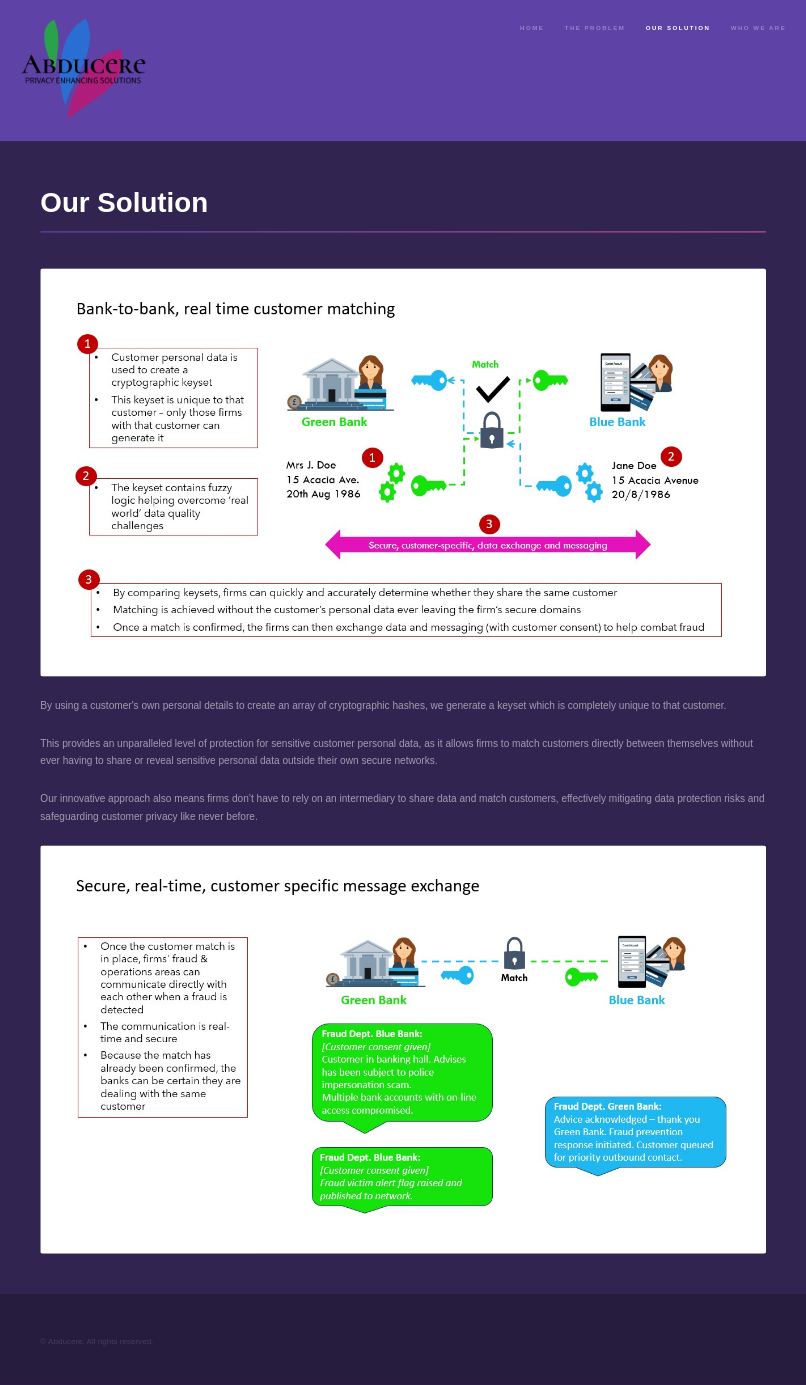
Repository: nocnoc94/nocnoc94.github.io
Page: our-solution.html
An editor plug-in stored every save of this project. The page is shown before and after the next save, followed by the edit.
The browser window is 1280 px wide. The pictures show the whole page, at 63% of full size.

Above is the page before, as saved 2024-03-21 16:22:23.

### our-solution.html
<!DOCTYPE HTML>
<html>

<head>
	<title>Abducere - Our Solution</title>
	<meta charset="utf-8" />
	<meta name="viewport" content="width=device-width, initial-scale=1, user-scalable=no" />
	<link rel="icon" href="/static/images/favicon.ico" type="image/x-icon">
	<link rel="stylesheet" href="/static/css/main.css" />
	<noscript>
		<link rel="stylesheet" href="/static/css/noscript.css" />
	</noscript>
</head>

<body class="is-preload">

	<!-- Header -->
	<header id="header">
		<!-- <a href="index.html" class="title">Abducere</a> -->
		<a id="headerLogo" class="image" href="index.html"><img src="/static/images/abducere-logo-1.png" alt=""
				data-position="left left" /></a>
		<nav>
			<ul>
				<li><a href="index.html">Home</a></li>
				<li><a href="the-problem.html">The Problem</a></li>
				<li><a href="our-solution.html" class="active">Our Solution</a></li>
				<li><a href="who-we-are.html">Who We Are</a></li>
			</ul>
		</nav>
	</header>

	<!-- Wrapper -->
	<div id="wrapper">

		<!-- Main -->
		<section id="main" class="wrapper">
			<div class="inner">
				<h1 class="major">Our Solution</h1>
				<!-- <span class="image fit"><img src="/static/images/Match.drawio.png" alt="" /></span> -->
				<span class="image fit"><img src="/static/images/how-it-works-1.jpg" alt="" /></span>
				<p>By using a customer's own personal details to create an array of cryptographic hashes, we generate a
					keyset which is completely unique to that customer.
				</p>
				<p>This provides an unparalleled level of protection for sensitive customer personal data, as it allows
					firms to match customers directly between themselves without ever having to share or reveal
					sensitive personal data outside their own secure networks.
				</p>
				<p>Our innovative approach also means firms don’t have to rely on an intermediary to share data and
					match customers, effectively mitigating data protection risks and safeguarding customer privacy like
					never before.
				</p>
				<span class="image fit"><img src="/static/images/how-it-works-2.jpg" alt="" /></span>
				<p>

				</p>
			</div>
		</section>

	</div>

	<!-- Footer -->
	<footer id="footer" class="wrapper alt">
		<div class="inner">
			<ul class="menu">
				<li>&copy; Abducere. All rights reserved.</li>
			</ul>
		</div>
	</footer>

	<!-- Scripts -->
	<script src="/static/js/jquery.min.js"></script>
	<script src="/static/js/jquery.scrollex.min.js"></script>
	<script src="/static/js/jquery.scrolly.min.js"></script>
	<script src="/static/js/browser.min.js"></script>
	<script src="/static/js/breakpoints.min.js"></script>
	<script src="/static/js/util.js"></script>
	<script src="/static/js/main.js"></script>

</body>

</html>

Loaded but not shown: static/js/jquery.min.js (library); static/js/jquery.scrollex.min.js (common file); static/js/jquery.scrolly.min.js (common file); static/js/browser.min.js (common file); static/js/breakpoints.min.js (common file); static/css/fontawesome-all.min.css (library); static/js/util.js (587 lines, source omitted); static/js/main.js (190 lines, source omitted); static/css/main.css (4012 lines, source omitted)

After the next save:
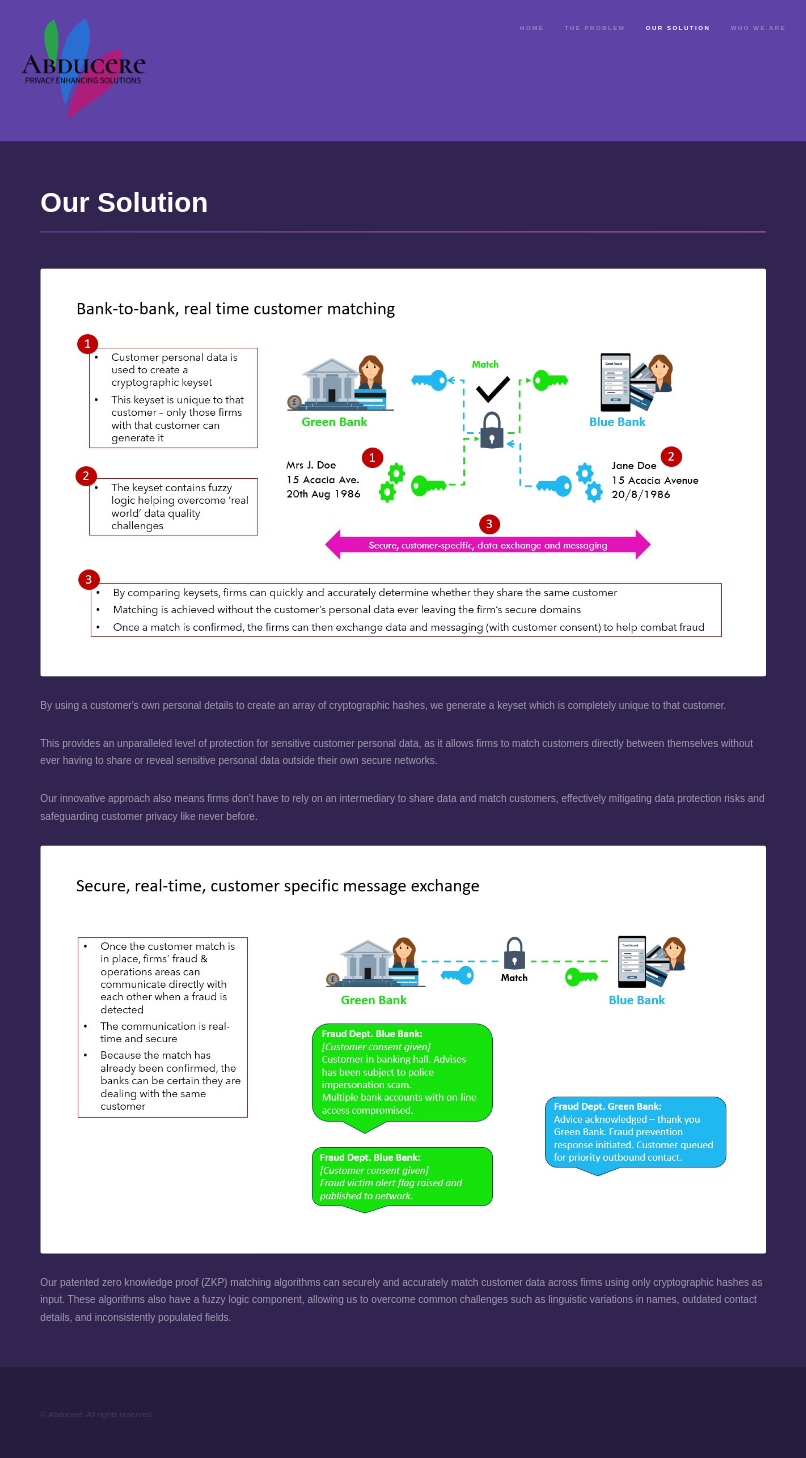
Saved 8 s later.
--- a/our-solution.html
+++ b/our-solution.html
@@ -51,7 +51,10 @@
 				</p>
 				<span class="image fit"><img src="/static/images/how-it-works-2.jpg" alt="" /></span>
 				<p>
-
+					Our patented zero knowledge proof (ZKP) matching algorithms can securely and accurately match
+					customer data across firms using only cryptographic hashes as input. These algorithms also have a
+					fuzzy logic component, allowing us to overcome common challenges such as linguistic variations in
+					names, outdated contact details, and inconsistently populated fields.
 				</p>
 			</div>
 		</section>
